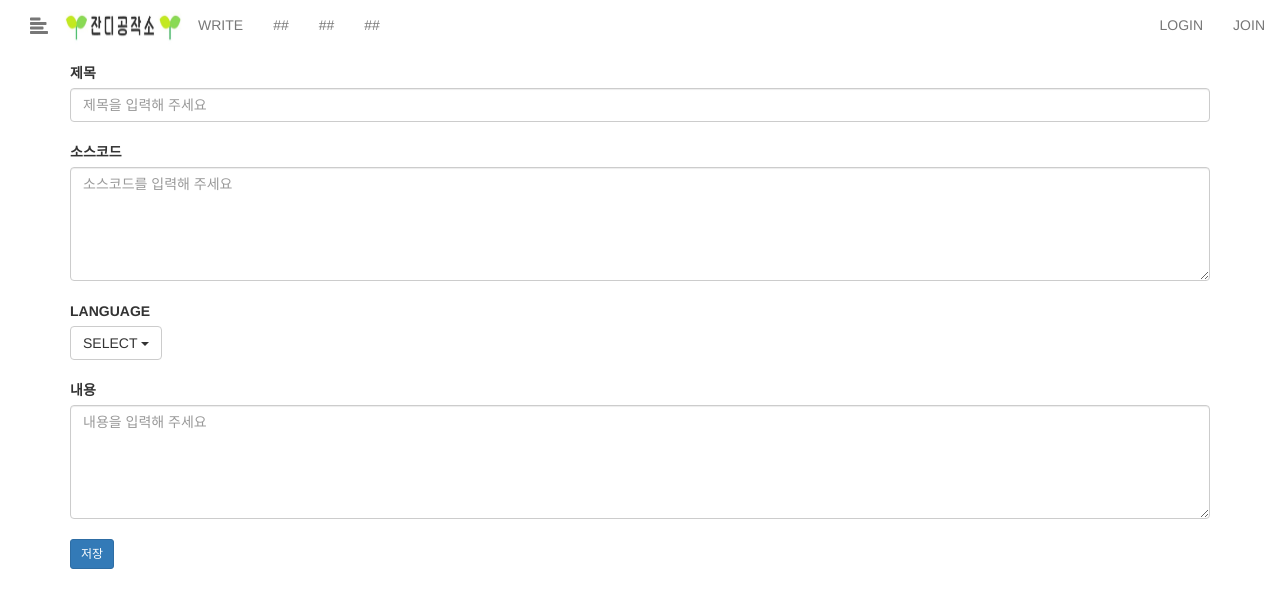
Repository: guddus326/Grass_Farm
Page: http://localhost/Grass_Farm/Write.jsp
An editor plug-in stored every save of this project. The page is shown before and after the next save, followed by the edit.
The browser window is 1280 px wide. The pictures show the whole page.
Some web libraries are served in a nearby version. The page is served by Tomcat 9.

Above is the page before, as saved 2020-10-04 11:07:54.

After the next save:
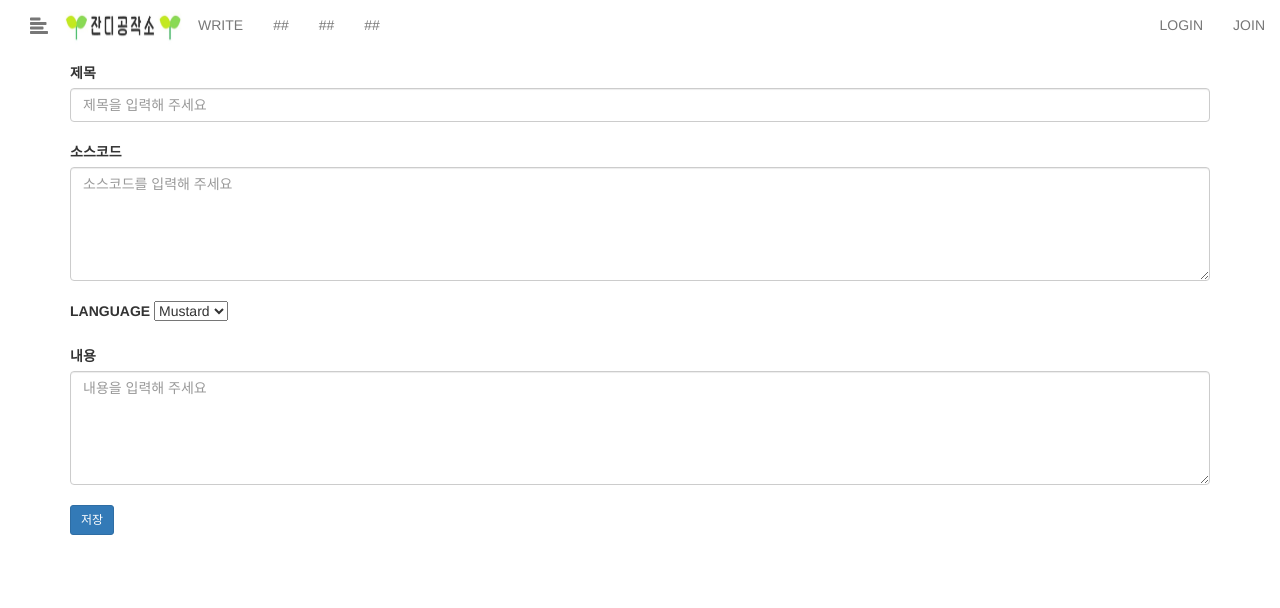
Saved 3 min 40 s later.
--- a/Grass_Farm/Grass_Farm/WebContent/Write.jsp
+++ b/Grass_Farm/Grass_Farm/WebContent/Write.jsp
@@ -86,20 +86,11 @@
 				</div>
 				<div class="mb-3">
 					<label for="content">LANGUAGE</label>
-					<div class="dropdown">
-    					<button class="btn btn-default dropdown-toggle" type="button" data-toggle="dropdown">SELECT
-    					<span class="caret"></span></button>
-		    			<ul class="dropdown-menu">
-	     	 				<li><a href="javascript:void(0)">HTML</a></li>
-   	 	 	 				<li><a href="#">CSS</a></li>
-   		 	  				<li><a href="#">JavaScript</a></li>
-   		 	  				<li><a href="#">Java</a></li>
-   		 	  				<li><a href="#">Python</a></li>
-   		 	  				<li><a href="#">C</a></li>
-   		 	  				<li><a href="#">C++</a></li>
-   		 	  				<li><a href="#">C#</a></li>
-  		 				</ul>
-				  	</div>
+					 <select class="selectpicker">
+    					<option>Mustard</option>
+    					<option>Ketchup</option>
+    					<option>Relish</option>
+  					</select>
 				</div><BR>
 				<div class="mb-3">
 					<label for="content">내용</label>
@@ -114,15 +105,6 @@
 
 		</div>
 	</article>
-	<script>
 
-	$('#example .dropdown-menu li > a').bind('click',function (e) {
-	    var html = $(this).html();
-	    $('#example button.dropdown-toggle').html(html +' <span class="caret"></span>');
-	});
-
-
-
-	</script>
 </body>
 </html>
